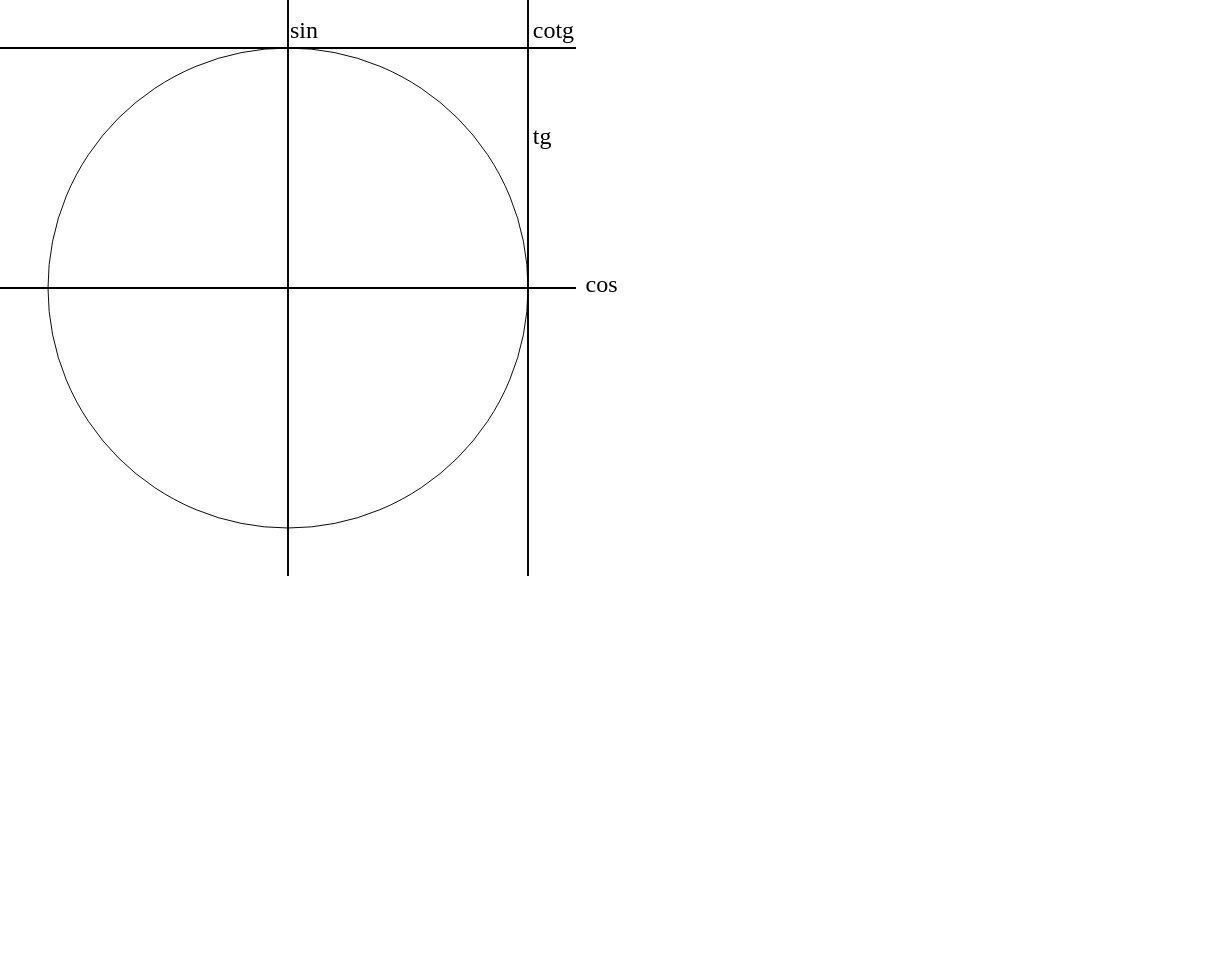
Repository: BraynStorm/braynstorm.github.io
Page: http://localhost/
An editor plug-in stored every save of this project. The page is shown before and after the next save, followed by the edit.
The browser window is 1280 px wide. The pictures show the whole page, at 96% of full size.
The page is run by PHP 8.4 with error messages shown; the project is at /var/www/html/.

Above is the page before, as saved 2015-02-23 17:50:40.

After the next save:
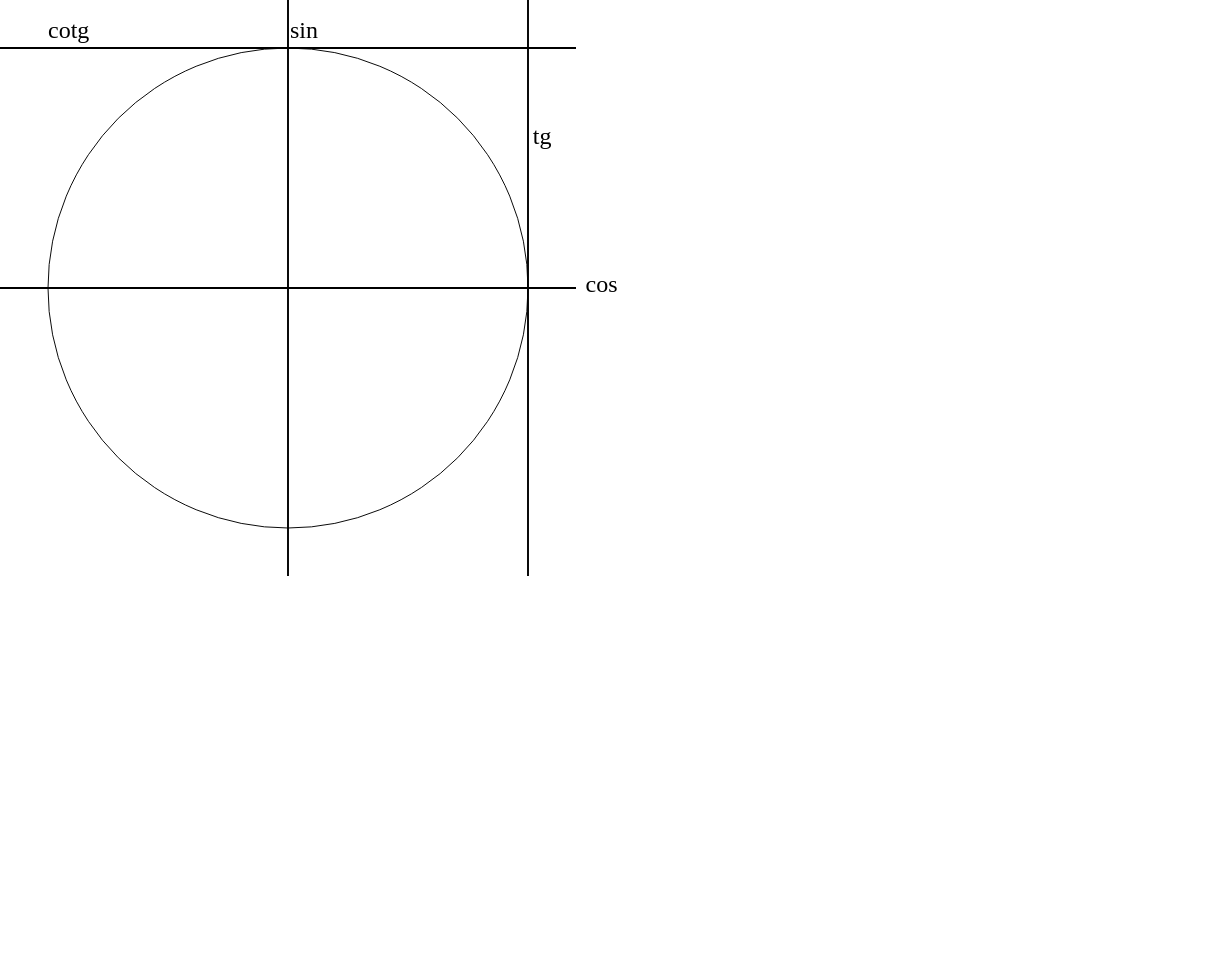
Saved 21 s later.
--- a/JSDrawing/index.php
+++ b/JSDrawing/index.php
@@ -21,7 +21,7 @@
 			<text x="610" y="304" style="font-size:25px;">cos</text>
 			<text x="302" y="40" style="font-size:25px;">sin</text>
 			<text x="555" y="150" style="font-size:25px;">tg</text>
-			<text x="555" y="40" style="font-size:25px;">cotg</text>
+			<text x="50" y="40" style="font-size:25px;">cotg</text>
 		</svg>
 		</div>
 	</body>
